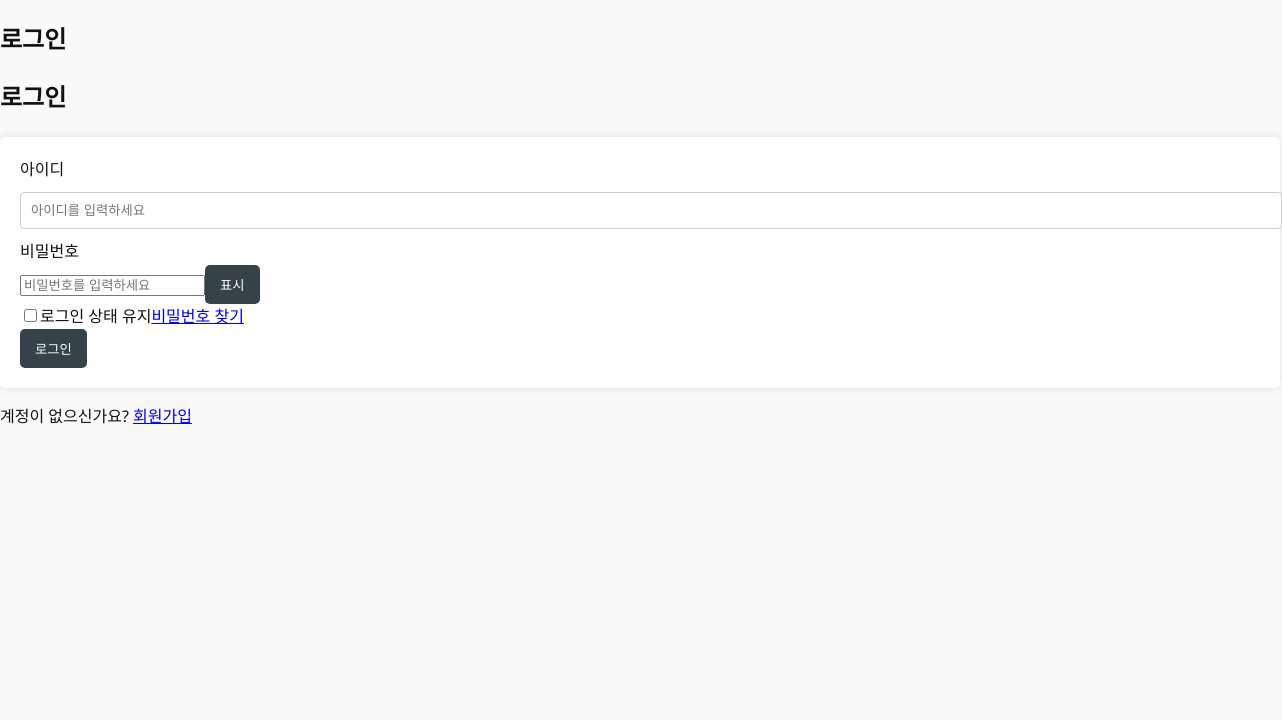
Repository: dldnwls07/Register_Login_Form
Page: /
An editor plug-in stored every save of this project. The page is shown before and after the next save, followed by the edit.
The browser window is 1280 px wide. The page is 1282 px wide, then 1280 px, so the pictures cover 1282 px, including what lies to the right of the window. The pictures show the whole page.
The project was rebuilt for these pictures with package versions that can differ from the ones it lists, and the page was loaded fresh each time. Also part of the build but not shown: src/pages/auth/RegisterPage.jsx.

Above is the page before, as saved 2025-05-26 09:34:28.

### public/index.html
<!DOCTYPE html>
<html lang="en">
<head>
    <meta charset="UTF-8">
    <meta name="viewport" content="width=device-width, initial-scale=1.0">
    <title>My Money App</title>
</head>
<body>
    <div id="root"></div>
</body>
</html>

### src/index.js
import React from 'react';
import ReactDOM from 'react-dom/client';
import App from './App.jsx'; // .jsx 확장자 명시
import './styles/App.css';
import './styles/Common.css';

// React 18 방식으로 root 생성
const root = ReactDOM.createRoot(document.getElementById('root'));
root.render(
    <React.StrictMode>
        <App />
    </React.StrictMode>
);

### src/App.jsx
import React from 'react';
import { BrowserRouter as Router, Routes, Route, Navigate } from 'react-router-dom';
import { AuthProvider } from './context/AuthContext';

import LoginPage from './pages/auth/LoginPage';
import RegisterPage from './pages/auth/RegisterPage';

import './styles/Common.css';

const App = () => {
    return (
        <AuthProvider>
            <Router>
                <Routes>
                    <Route path="/login" element={<LoginPage />} />
                    <Route path="/register" element={<RegisterPage />} />
                    <Route path="/" element={<Navigate to="/login" />} />
                </Routes>
            </Router>
        </AuthProvider>
    );
};

export default App;

### src/styles/App.css
/* Added CSS variables for theme */
:root {
  --background-light: #f9f9f9;
  --background-dark: #121212;
  --text-light: #121212;
  --text-dark: #eee;
  --primary-color: #35424a;
  --accent-color: #007bff;
  --border-radius: 5px;
  --box-shadow: 0 0 10px rgba(0, 0, 0, 0.1);
}

body {
  font-family: 'Segoe UI', Tahoma, Geneva, Verdana, sans-serif;
  background-color: var(--background-light);
  color: var(--text-light);
  margin: 0;
  padding: 0;
}

.dark body {
  background-color: var(--background-dark);
  color: var(--text-dark);
}

.container {
    width: 80%;
    margin: auto;
    overflow: hidden;
}

header {
    background: #35424a;
    color: #ffffff;
    padding: 10px 0;
    text-align: center;
}

h1 {
    margin: 0;
}

form {
    background: #ffffff;
    padding: 20px;
    border-radius: 5px;
    box-shadow: 0 0 10px rgba(0, 0, 0, 0.1);
}

input[type="text"],
input[type="number"] {
    width: 100%;
    padding: 10px;
    margin: 10px 0;
    border: 1px solid #ccc;
    border-radius: 4px;
}

button {
    background: #35424a;
    color: #ffffff;
    border: none;
    padding: 10px 15px;
    border-radius: 5px;
    cursor: pointer;
}

button:hover {
    background: #007bff;
}

.table {
    width: 100%;
    margin-top: 20px;
    border-collapse: collapse;
}

.table th,
.table td {
    border: 1px solid #ddd;
    padding: 8px;
}

.table th {
    background-color: #35424a;
    color: white;
}

.summary {
    background: #ffffff;
    padding: 20px;
    border-radius: 5px;
    box-shadow: 0 0 10px rgba(0, 0, 0, 0.1);
    margin-top: 20px;
}

.pie-chart {
    margin-top: 20px;
}

/* Added media query for responsiveness */
@media (max-width: 768px) {
  .entry-form {
    flex-direction: column;
  }
}

/* 앱 레이아웃 스타일 */
.App {
  display: flex;
  flex-direction: column;
  min-height: 100vh;
}

.App-header {
  background-color: var(--primary-color);
  color: white;
  padding: 1rem 0;
  text-align: center;
}

.App-content {
  flex: 1;
  padding: 2rem;
  max-width: 1200px;
  margin: 0 auto;
  width: 100%;
}

.App-footer {
  background-color: var(--primary-color);
  color: white;
  text-align: center;
  padding: 1rem 0;
  margin-top: 2rem;
}

/* 네비게이션 스타일 */
.main-navigation {
  background-color: var(--primary-color);
  padding: 0.5rem 0;
}

.nav-links {
  display: flex;
  justify-content: center;
  gap: 1.5rem;
  padding: 0;
  margin: 0;
}

.nav-links a {
  color: white;
  text-decoration: none;
  padding: 0.5rem 1rem;
  border-radius: var(--border-radius);
  transition: background-color 0.3s;
}

.nav-links a:hover, .nav-links a.active {
  background-color: var(--accent-color);
}

/* 카드 스타일 */
.navigation-links {
  display: grid;
  grid-template-columns: repeat(auto-fit, minmax(300px, 1fr));
  gap: 2rem;
  margin-top: 2rem;
}

.nav-card {
  background-color: white;
  padding: 1.5rem;
  border-radius: var(--border-radius);
  box-shadow: var(--box-shadow);
  transition: transform 0.3s, box-shadow 0.3s;
}

.nav-card:hover {
  transform: translateY(-5px);
  box-shadow: 0 10px 20px rgba(0, 0, 0, 0.15);
}

.nav-link {
  text-decoration: none;
  color: var(--text-light);
}

/* 페이지 스타일 */
.main-page, .spending-page, .goal-page, .analysis-page {
  padding: 1rem 0;
}

.back-link {
  margin-bottom: 2rem;
}

.back-link a {
  color: var(--primary-color);
  text-decoration: none;
  display: flex;
  align-items: center;
  gap: 0.5rem;
}

.back-link a:hover {
  text-decoration: underline;
}

/* 콘텐츠 레이아웃 */
.spending-content, .goal-content, .analysis-content {
  display: grid;
  grid-template-columns: 1fr;
  gap: 2rem;
}

@media (min-width: 768px) {
  .spending-content, .goal-content, .analysis-content {
    grid-template-columns: repeat(2, 1fr);
  }
}

### src/styles/Common.css
/* 공통 스타일 - 네비게이션, 헤더, 푸터 등 공통 요소 디자인 */

:root {
  --primary-color: #2D7FF9;
  --accent-color: #00D1D1;
  --text-color: #333333;
  --text-light: #666666;
  --background-color: #F5F7FC;
  --card-background: #FFFFFF;
  --border-radius: 16px;
  --box-shadow: 0 2px 10px rgba(0, 0, 0, 0.05);
  --hover-shadow: 0 10px 20px rgba(0, 0, 0, 0.1);
  --transition: 0.2s ease;
}

body {
  font-family: 'Pretendard', -apple-system, BlinkMacSystemFont, system-ui, Roboto, 'Helvetica Neue', 'Segoe UI', sans-serif;
  background-color: var(--background-color);
  color: var(--text-color);
  margin: 0;
  padding: 0;
  line-height: 1.6;
}

/* 앱 레이아웃 */
.App {
  display: flex;
  flex-direction: column;
  min-height: 100vh;
}

/* 헤더 스타일 */
.App-header {
  background-color: var(--card-background);
  box-shadow: 0 1px 5px rgba(0, 0, 0, 0.03);
  padding: 1.25rem 0;
  position: sticky;
  top: 0;
  z-index: 100;
}

.header-container {
  display: flex;
  flex-direction: column;
  align-items: center;
  max-width: 1200px;
  margin: 0 auto;
  padding: 0 1.5rem;
}

@media (min-width: 768px) {
  .header-container {
    flex-direction: row;
    justify-content: space-between;
  }
}

.App-header h1 {
  font-size: 1.5rem;
  font-weight: 700;
  color: var(--primary-color);
  margin: 0;
}

/* 메인 컨텐츠 스타일 */
.App-content {
  flex: 1;
  max-width: 1200px;
  margin: 0 auto;
  width: 100%;
  padding: 2rem 1.5rem;
}

/* 푸터 스타일 */
.App-footer {
  background-color: var(--card-background);
  padding: 1.5rem 0;
  margin-top: 3rem;
  text-align: center;
  font-size: 0.9rem;
  color: var(--text-light);
  border-top: 1px solid #eaeaea;
}

/* 네비게이션 스타일 */
.main-navigation {
  width: 100%;
  display: flex;
  justify-content: center;
  margin-top: 1rem;
}

@media (min-width: 768px) {
  .main-navigation {
    margin-top: 0;
  }
}

.nav-links {
  display: flex;
  gap: 1.5rem;
  padding: 0;
  margin: 0;
  list-style: none;
}

.nav-links a {
  color: var(--text-light);
  text-decoration: none;
  font-size: 1rem;
  font-weight: 500;
  padding: 0.5rem;
  transition: color var(--transition);
  position: relative;
}

.nav-links a:before {
  content: '';
  position: absolute;
  bottom: 0;
  left: 0;
  width: 0;
  height: 2px;
  background-color: var(--primary-color);
  transition: width var(--transition);
}

.nav-links a:hover, .nav-links a.active {
  color: var(--primary-color);
}

.nav-links a:hover:before, .nav-links a.active:before {
  width: 100%;
}

### src/context/AuthContext.js
import React, { createContext, useState, useContext } from 'react';
import { authService } from '../services/authService';

export const AuthContext = createContext(null); // named export로 변경

export const AuthProvider = ({ children }) => {
    const [user, setUser] = useState(null);
    const [loading, setLoading] = useState(false);

    const login = async (username, password) => {
        try {
            setLoading(true);
            const response = await authService.login({ username, password });
            setUser(response.user);
            localStorage.setItem('token', response.token);
            return response;
        } finally {
            setLoading(false);
        }
    };

    const register = async (userData) => {
        try {
            setLoading(true);
            const response = await authService.register(userData);
            return response;
        } finally {
            setLoading(false);
        }
    };

    const checkUsername = async (username) => {
        return await authService.checkUsername(username);
    };

    const sendVerificationEmail = async (email) => {
        return await authService.sendVerificationEmail(email);
    };

    const verifyCode = async (email, code) => {
        return await authService.verifyCode(email, code);
    };

    const value = {
        user,
        loading,
        login,
        register,
        checkUsername,
        sendVerificationEmail,
        verifyCode
    };

    return <AuthContext.Provider value={value}>{children}</AuthContext.Provider>;
};

export const useAuth = () => {
    const context = useContext(AuthContext);
    if (!context) {
        throw new Error('useAuth must be used within an AuthProvider');
    }
    return context;
};

### src/pages/auth/LoginPage.jsx
import React from 'react';
import LoginForm from '../../components/LoginForm';
import '../../styles/Common.css';

const LoginPage = () => {
    return (
        <div className="auth-page">
            <div className="auth-container">
                <h2>로그인</h2>
                <LoginForm />
            </div>
        </div>
    );
};

export default LoginPage;

### src/services/authService.js
import axios from 'axios';

const API_URL = process.env.REACT_APP_API_URL || 'http://localhost:3001/api';

export const authService = {
    checkUsername: async (username) => {
        const response = await axios.post(`${API_URL}/auth/check-username`, { username });
        return response.data;
    },

    sendVerificationEmail: async (email) => {
        const response = await axios.post(`${API_URL}/auth/verify-email`, { email });
        return response.data;
    },

    verifyCode: async (email, code) => {
        const response = await axios.post(`${API_URL}/auth/verify-code`, { email, code });
        return response.data;
    },

    register: async (userData) => {
        const response = await axios.post(`${API_URL}/auth/register`, userData);
        return response.data;
    },

    login: async (credentials) => {
        const response = await axios.post(`${API_URL}/auth/login`, credentials);
        return response.data;
    }
};

### src/components/LoginForm.jsx
import React, { useState, useEffect } from 'react';
import { Link, useNavigate, useLocation } from 'react-router-dom';
import { useAuth } from '../hooks/useAuth';

const LoginForm = ({ onLoginSuccess }) => {
  const [formData, setFormData] = useState({
    username: '',
    password: ''
  });
  const [error, setError] = useState('');
  const [isLoading, setIsLoading] = useState(false);
  const [successMessage, setSuccessMessage] = useState('');
  const [showPassword, setShowPassword] = useState(false);
  const [loginAttempts, setLoginAttempts] = useState(0);
  const [autoLogin, setAutoLogin] = useState(false);

  const navigate = useNavigate();
  const location = useLocation();
  const { login } = useAuth();

  // 회원가입 성공 메시지 표시
  useEffect(() => {
    if (location.state?.message) {
      setSuccessMessage(location.state.message);
      // URL에서 메시지 상태 제거
      navigate(location.pathname, { replace: true });
    }
  }, [location, navigate]);

  const handleChange = (e) => {
    const { name, value } = e.target;
    setFormData({
      ...formData,
      [name]: value,
    });

    // 필드 변경 시 해당 필드의 오류 메시지 초기화
    if (error) {
      setError('');
    }
  };
  const togglePasswordVisibility = () => {
    setShowPassword(!showPassword);
  };

  const handleAutoLoginChange = (e) => {
    setAutoLogin(e.target.checked);
  };

  const validateForm = () => {
    const newErrors = {};

    if (!formData.username.trim()) {
      newErrors.username = '사용자 아이디를 입력하세요.';
    }

    if (!formData.password) {
      newErrors.password = '비밀번호를 입력하세요.';
    }

    return newErrors;
  };

  const handleSubmit = async (e) => {
    e.preventDefault();

    const formErrors = validateForm();
    if (Object.keys(formErrors).length > 0) {
      setError(formErrors);
      return;
    }

    setIsLoading(true);
      try {
      // AuthContext를 통해 로그인 시도
      await login({
        username: formData.username,
        password: formData.password,
        autoLogin: autoLogin, // 자동 로그인 옵션 추가
      });

      // 로그인 성공 후 콜백 함수 호출
      if (onLoginSuccess) {
        onLoginSuccess();
      }

      // 메인 페이지로 리디렉션
      navigate('/');
    } catch (error) {
      console.error('로그인 오류:', error);
      // 실패한 로그인 시도 횟수 증가
      setLoginAttempts(prev => prev + 1);

      // 오류 메시지 표시
      if (error.code === 'auth/too-many-attempts') {
        setError('너무 많은 로그인 시도가 있었습니다. 잠시 후 다시 시도해주세요.');
      } else if (error.code === 'auth/account-locked') {
        setError('계정이 잠겼습니다. 잠시 후 다시 시도해주세요.');
      } else if (error.code === 'auth/user-not-found') {
        setError('등록되지 않은 계정입니다.');
      } else if (error.code === 'auth/wrong-password') {
        setError('잘못된 비밀번호입니다.');
      } else {
        setError(error.message || '로그인에 실패했습니다. 다시 시도해주세요.');
      }
    } finally {
      setIsLoading(false);
    }
  };

  return (
    <div className="auth-form-container">
      <h2 className="auth-title">로그인</h2>

      {successMessage && (
        <div className="auth-success-message">{successMessage}</div>
      )}

      {error && (
        <div className="auth-error-message">{error}</div>
      )}

      <form className="auth-form" onSubmit={handleSubmit}>
        <div className="form-group">
          <label htmlFor="username">아이디</label>
          <input
            type="text"
            id="username"
            name="username"
            value={formData.username}
            onChange={handleChange}
            placeholder="아이디를 입력하세요"
            disabled={isLoading}
            className={error.username ? 'input-error-field' : ''}
            autoComplete="username"
          />
          {error.username && (
            <div className="input-error">{error.username}</div>
          )}
        </div>

        <div className="form-group">
          <label htmlFor="password">비밀번호</label>
          <div className="password-input-container">
            <input
              type={showPassword ? "text" : "password"}
              id="password"
              name="password"
              value={formData.password}
              onChange={handleChange}
              placeholder="비밀번호를 입력하세요"
              disabled={isLoading}
              className={error.password ? 'input-error-field' : ''}
              autoComplete="current-password"
            />
            <button
              type="button"
              className="toggle-password-btn"
              onClick={togglePasswordVisibility}
              aria-label={showPassword ? "비밀번호 숨기기" : "비밀번호 표시"}
            >
              {showPassword ? "숨기기" : "표시"}
            </button>
          </div>
          {error.password && <div className="input-error">{error.password}</div>}
        </div>        <div className="form-options">
          <label className="auto-login">
            <input
              type="checkbox"
              name="autoLogin"
              checked={autoLogin}
              onChange={handleAutoLoginChange}
            />
            <span className="auto-login-label">로그인 상태 유지</span>
          </label>
          <Link to="/forgot-password" className="forgot-password">비밀번호 찾기</Link>
        </div>

        <button
          type="submit"
          className={`auth-button ${isLoading ? 'loading' : ''}`}
          disabled={isLoading}
        >
          {isLoading ? '로그인 중...' : '로그인'}
        </button>

        {loginAttempts > 2 && (
          <div className="auth-warning-message">
            여러 번의 로그인 실패 시 계정이 일시적으로 잠길 수 있습니다.
          </div>
        )}
      </form>

      <div className="auth-links">
        <p>
          계정이 없으신가요? <Link to="/register">회원가입</Link>
        </p>
      </div>
    </div>
  );
};

export default LoginForm;

### src/hooks/useAuth.js
import { useContext } from 'react';
import { AuthContext } from '../context/AuthContext';

export const useAuth = () => {
    const context = useContext(AuthContext);
    if (!context) {
        throw new Error('useAuth must be used within an AuthProvider');
    }
    return context;
};

After the next save:
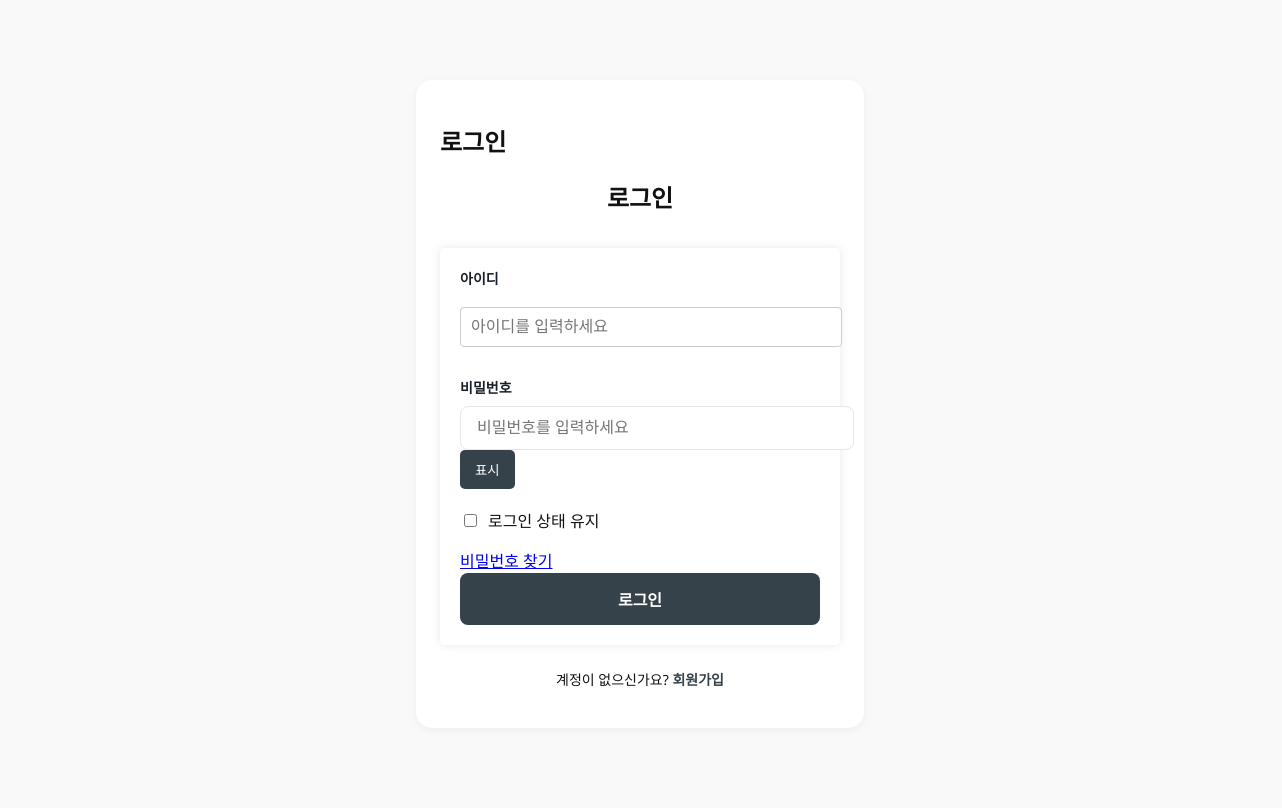
Saved 96 s later.
--- a/src/styles/Common.css
+++ b/src/styles/Common.css
@@ -1,12 +1,15 @@
 /* 공통 스타일 - 네비게이션, 헤더, 푸터 등 공통 요소 디자인 */
 
 :root {
-  --primary-color: #2D7FF9;
+  --primary-color: #3182F6;
   --accent-color: #00D1D1;
-  --text-color: #333333;
+  --text-color: #191F28;
   --text-light: #666666;
-  --background-color: #F5F7FC;
+  --background-color: #F9FAFB;
   --card-background: #FFFFFF;
+  --border-color: #E5E8EB;
+  --error-color: #F03E3E;
+  --success-color: #37B24D;
   --border-radius: 16px;
   --box-shadow: 0 2px 10px rgba(0, 0, 0, 0.05);
   --hover-shadow: 0 10px 20px rgba(0, 0, 0, 0.1);
@@ -14,12 +17,12 @@
 }
 
 body {
-  font-family: 'Pretendard', -apple-system, BlinkMacSystemFont, system-ui, Roboto, 'Helvetica Neue', 'Segoe UI', sans-serif;
   background-color: var(--background-color);
   color: var(--text-color);
+  font-family: -apple-system, BlinkMacSystemFont, 'Segoe UI', Roboto, 'Helvetica Neue', Arial, sans-serif;
+  line-height: 1.5;
   margin: 0;
   padding: 0;
-  line-height: 1.6;
 }
 
 /* 앱 레이아웃 */
@@ -126,9 +129,101 @@ body {
 }
 
 .nav-links a:hover, .nav-links a.active {
+  background-color: #2D7FF9 !important; /* 더 어두운 파란색 */
+  color: #ffffff !important; /* 흰색 텍스트 */
+}
+
+.nav-links a:hover:before, .nav-links a.active:before {
+  width: 100%;
+}
+
+/* 인증 관련 스타일 */
+.auth-container {
+  max-width: 400px;
+  margin: 80px auto;
+  padding: 24px;
+  background: white;
+  border-radius: 16px;
+  box-shadow: 0 2px 8px rgba(0, 0, 0, 0.05);
+}
+
+.auth-title {
+  font-size: 24px;
+  font-weight: 700;
+  margin-bottom: 32px;
+  text-align: center;
+}
+
+.form-group {
+  margin-bottom: 20px;
+}
+
+.form-group label {
+  display: block;
+  font-size: 14px;
+  font-weight: 600;
+  margin-bottom: 8px;
+  color: var(--text-color);
+}
+
+.form-group input {
+  width: 100%;
+  padding: 12px 16px;
+  border: 1px solid var(--border-color);
+  border-radius: 8px;
+  font-size: 16px;
+  transition: all 0.2s;
+}
+
+.form-group input:focus {
+  border-color: var(--primary-color);
+  outline: none;
+  box-shadow: 0 0 0 3px rgba(49, 130, 246, 0.1);
+}
+
+.error-message {
+  color: var(--error-color);
+  font-size: 14px;
+  margin-top: 8px;
+}
+
+.auth-button {
+  width: 100%;
+  padding: 14px;
+  background: var(--primary-color);
+  color: white;
+  border: none;
+  border-radius: 8px;
+  font-size: 16px;
+  font-weight: 600;
+  cursor: pointer;
+  transition: background-color 0.2s;
+}
+
+.auth-button:hover {
+  background-color: #1B64DA;
+}
+
+.auth-button:disabled {
+  background-color: #E5E8EB;
+  cursor: not-allowed;
+}
+
+.auth-links {
+  margin-top: 24px;
+  text-align: center;
+  font-size: 14px;
+}
+
+.auth-links a {
   color: var(--primary-color);
-}
-
-.nav-links a:hover:before, .nav-links a.active:before {
-  width: 100%;
-}
+  text-decoration: none;
+  font-weight: 600;
+}
+
+.auto-login {
+  display: flex;
+  align-items: center;
+  gap: 8px;
+  margin: 16px 0;
+}
